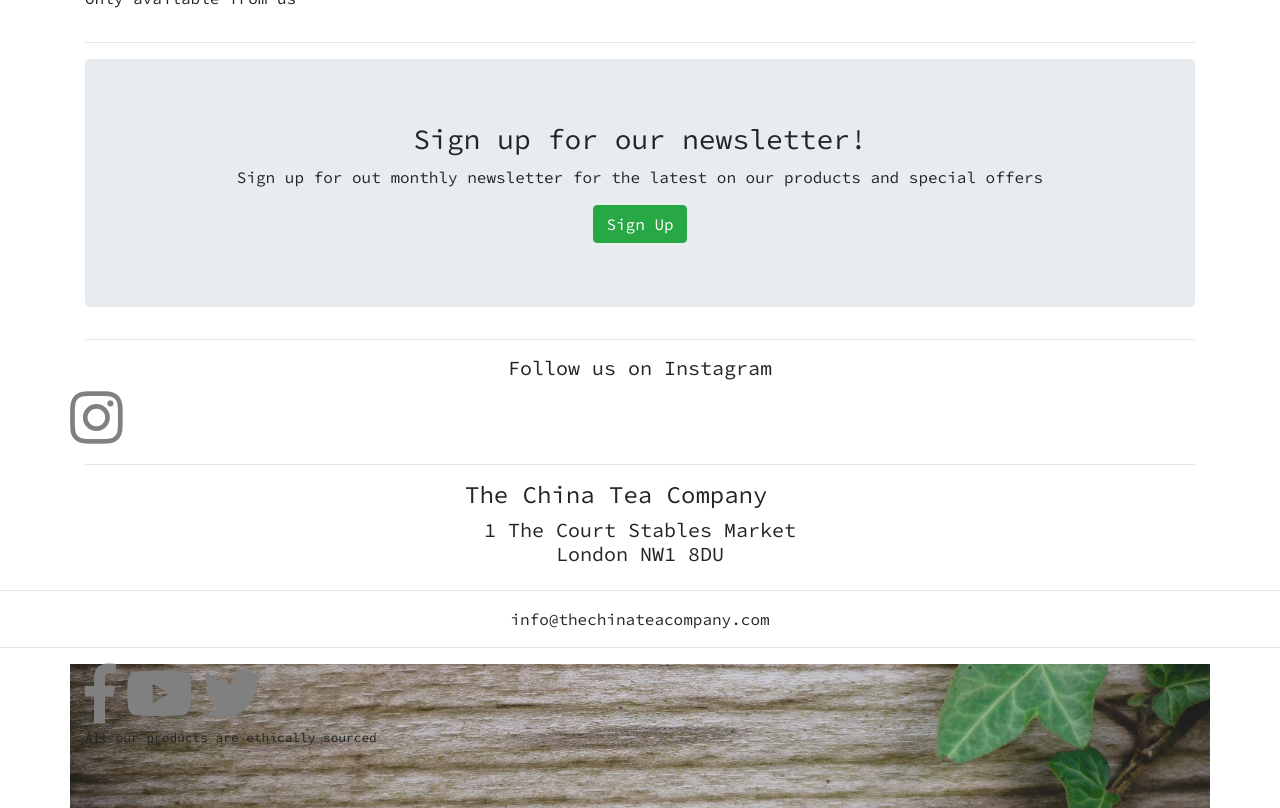
Repository: Code-Institute-Submissions/china-tea
Page: index.html
The author's editor kept a record of every edit. The page is drawn from the files as they stood at one moment, then again after the next edit.
The browser window is 1280 px wide. The pictures show the part of the page from y = 953 to 1905 px (the page is 1761 px tall before and 1905 px after).
Backgrounds fixed to the window are drawn as part of the page. Some web libraries are served in a nearby version.

Above is the page before.

After the next edit:
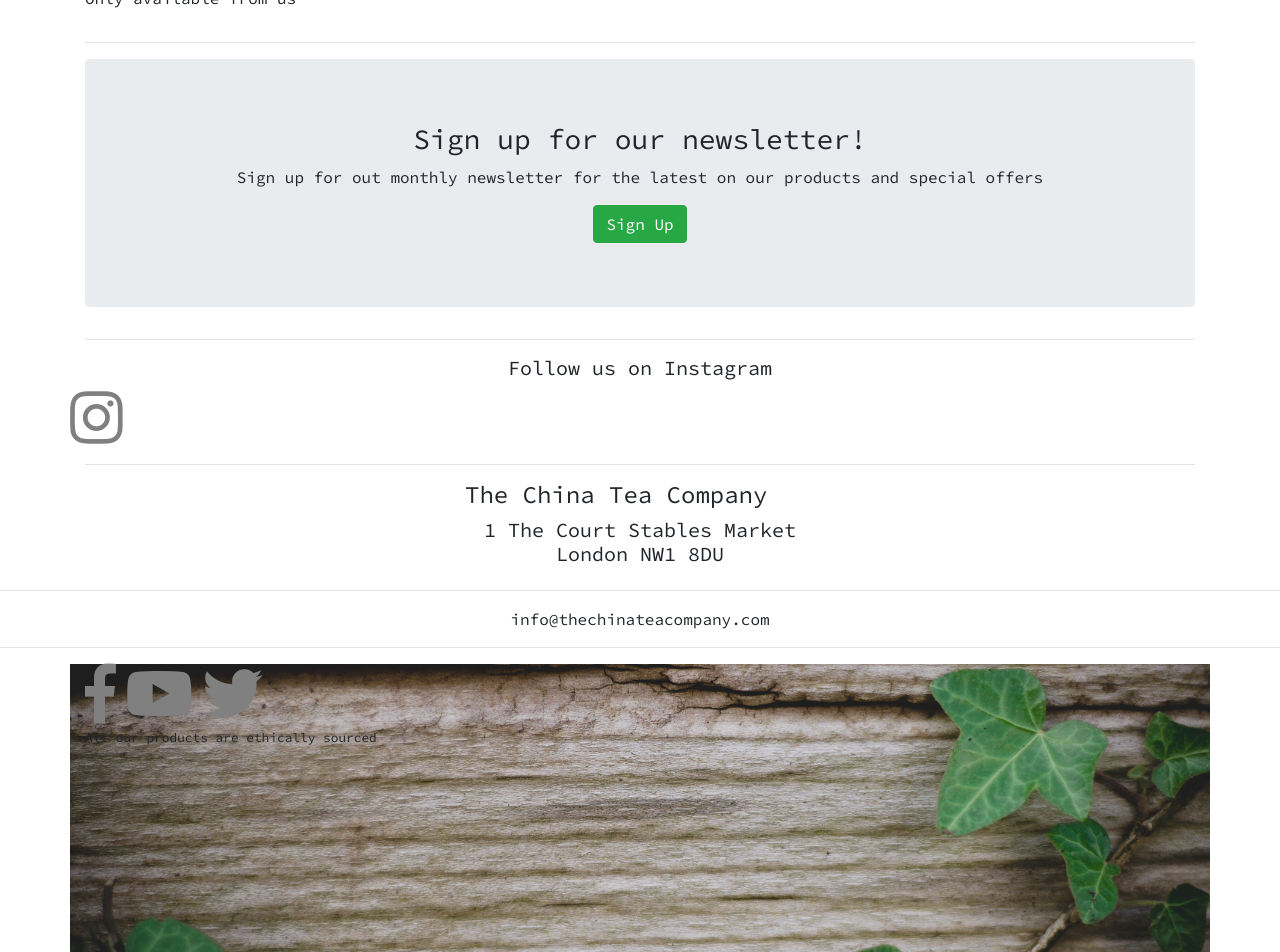
The edit:
--- a/assets/style.css
+++ b/assets/style.css
@@ -40,7 +40,7 @@
     .address-container {}
 
 .footer-container {
-    height: 20vh;
+    height: 40vh;
 
     background: url("images/footer.jpg") no-repeat center center fixed;
     -webkit-background-size: cover;
